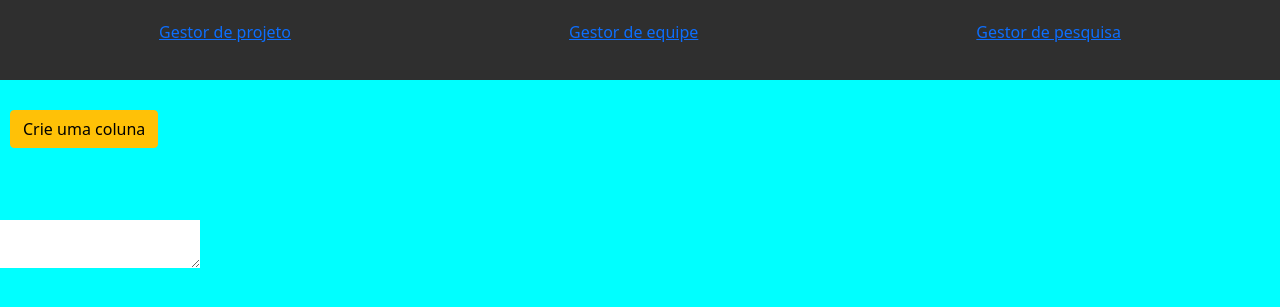
Repository: shadowruge/kanban
Page: index.html
These files come from the project's save history. The page is drawn as it stood at one moment and after the next save; the edit follows.
The browser window is 1280 px wide. The pictures show the whole page.
After loading, the first visible `button.btn` was clicked once.

Above is the page before, as saved 2021-06-12 21:28:25.

### index.html
<!DOCTYPE html>
<html lang="en">
  <head>
    <meta charset="UTF-8" />
    <meta http-equiv="X-UA-Compatible" content="IE=edge" />
    <meta name="viewport" content="width=device-width, initial-scale=1.0" />
    <script src="https://cdn.jsdelivr.net/npm/@popperjs/core@2.9.2/dist/umd/popper.min.js" integrity="sha384-IQsoLXl5PILFhosVNubq5LC7Qb9DXgDA9i+tQ8Zj3iwWAwPtgFTxbJ8NT4GN1R8p" crossorigin="anonymous"></script>
<script src="https://cdn.jsdelivr.net/npm/bootstrap@5.0.1/dist/js/bootstrap.min.js" integrity="sha384-Atwg2Pkwv9vp0ygtn1JAojH0nYbwNJLPhwyoVbhoPwBhjQPR5VtM2+xf0Uwh9KtT" crossorigin="anonymous"></script>

    <script src="https://cdn.jsdelivr.net/npm/bootstrap@5.0.1/dist/js/bootstrap.bundle.min.js" integrity="sha384-gtEjrD/SeCtmISkJkNUaaKMoLD0//ElJ19smozuHV6z3Iehds+3Ulb9Bn9Plx0x4" crossorigin="anonymous"></script>
    <link href="https://cdn.jsdelivr.net/npm/bootstrap@5.0.1/dist/css/bootstrap.min.css" rel="stylesheet" integrity="sha384-+0n0xVW2eSR5OomGNYDnhzAbDsOXxcvSN1TPprVMTNDbiYZCxYbOOl7+AMvyTG2x" crossorigin="anonymous">
    <link rel="stylesheet" href="style.css" />

    <title id="Description">Shadow Kanban</title>
  </head>
  <header>
    <nav class="nav">
      <p><a href="#">Gestor de projeto</a></p>
      <p><a href="#">Gestor de equipe</a></p>
      <p><a href="#">Gestor de pesquisa</a></p>

    </nav>
  </header>
  <body>

    <!--botão-->

   <button type="button" class="btn btn-warning" onclick="textareaFunction()">Crie uma coluna</button>

   <br /><br /><br /><br />
    <div class="Linha" style="width:600px;">
    <!-- RECEBE DIVS DINAMICAS -->
    </div>

  </body>


    <script>
      function textareaFunction() {

        var x = document.createElement("textarea");
        var t = document.createTextNode("");
        x.appendChild(t);
        document.body.appendChild(x);
      }
    </script>

</html>

### style.css
/* setando html */
* {

  margin: 0;
  padding: 0;
  border: 0;

}

body{
  background-color:aqua;
}

/* nav confi fora da tag body */

.nav {

  background-color: #2f2f2f;
  padding: 20px;
  flex-wrap: wrap;
  display: flex;
  justify-content: space-around;

}

  button {

    color: white;
    background-color: brown;
    margin-top: 30px;
    margin-left: 10px;

  }

After the next save:
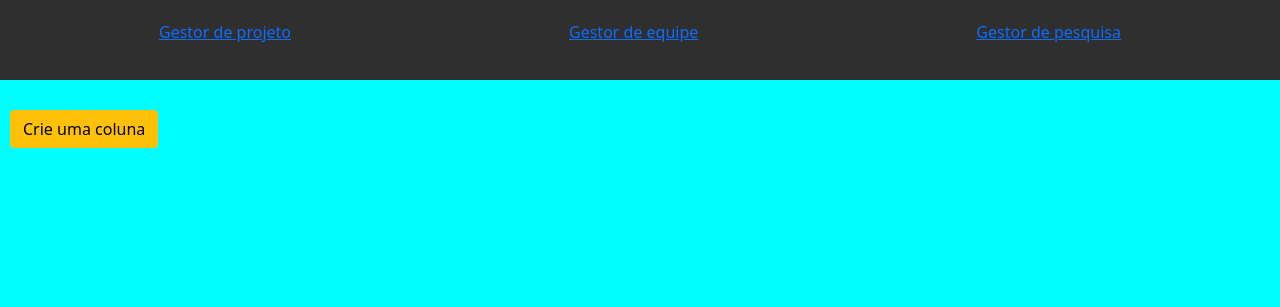
Console error: ReferenceError: textareaFunction is not defined
Saved 56 s later.
--- a/index.html
+++ b/index.html
@@ -36,13 +36,7 @@
 
 
     <script>
-      function textareaFunction() {
 
-        var x = document.createElement("textarea");
-        var t = document.createTextNode("");
-        x.appendChild(t);
-        document.body.appendChild(x);
-      }
     </script>
 
 </html>
